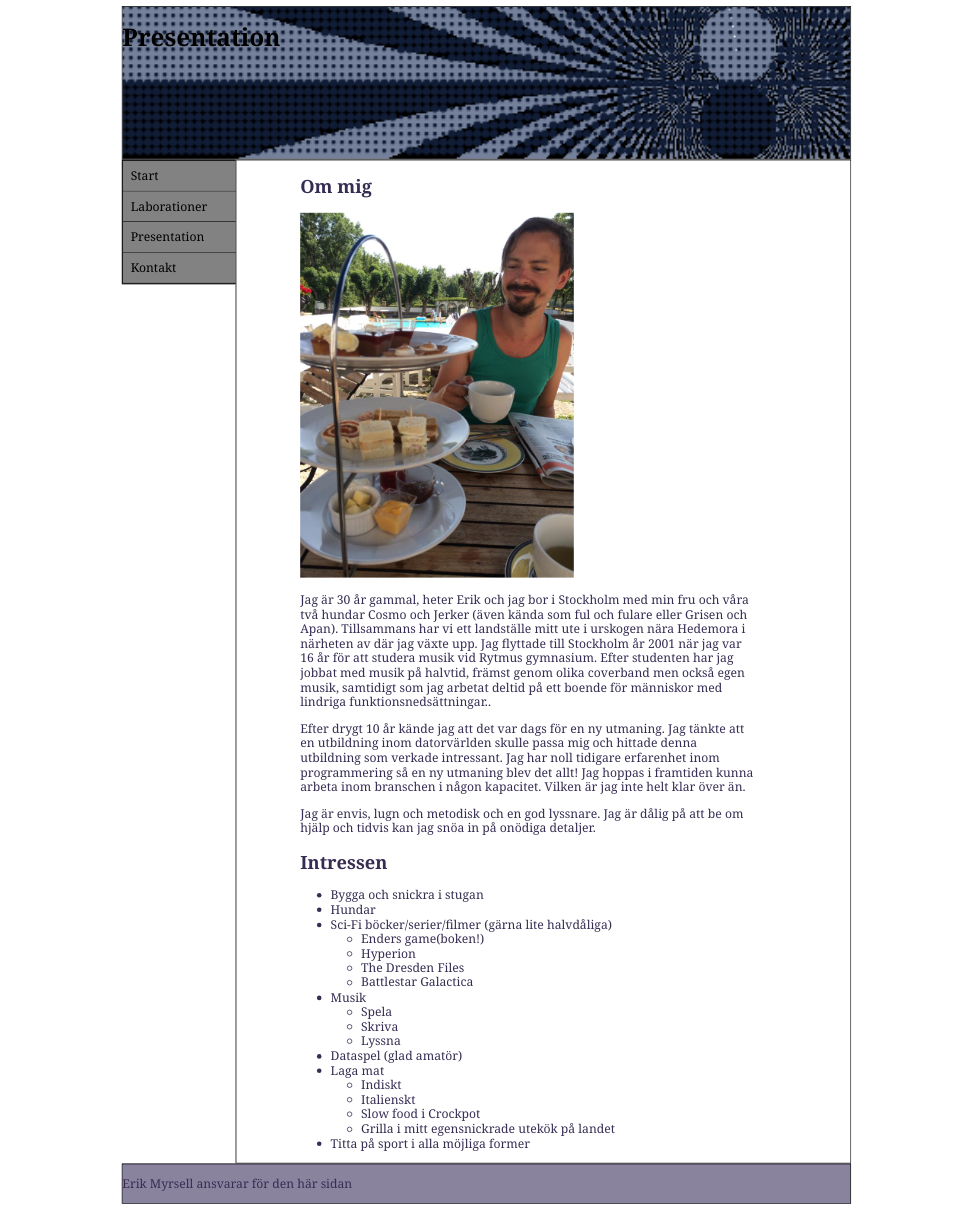
Repository: em222mt/1IK415_em222mt
Page: pages/presentation.html
The author's editor kept a record of every edit. The page is drawn from the files as they stood at one moment, then again after the next edit.
The browser window is 1280 px wide. The pictures show the whole page, at 76% of full size.

Above is the page before.

After the next edit:
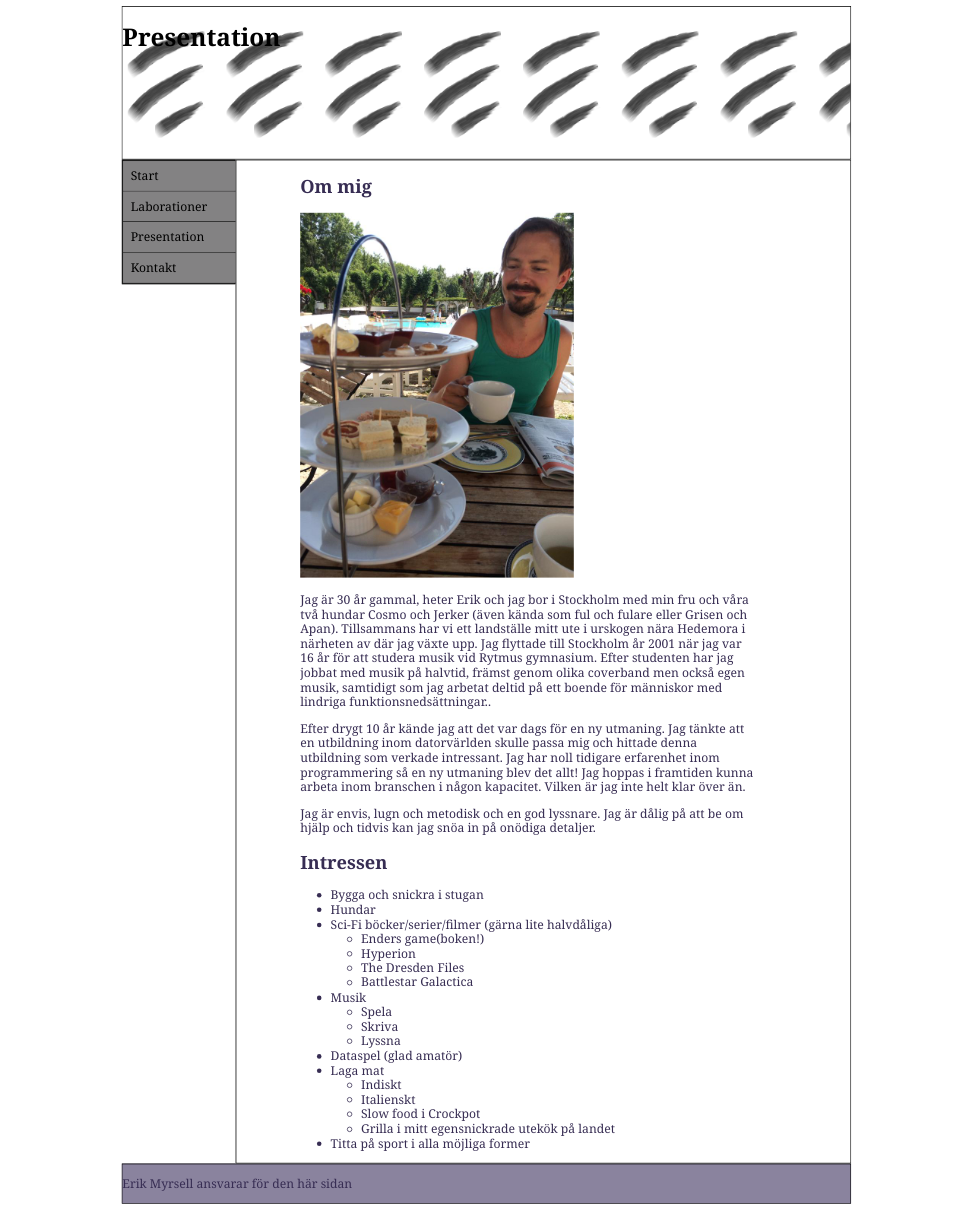
The edit:
--- a/css/basic.css
+++ b/css/basic.css
@@ -29,9 +29,9 @@
     border-style: solid;
     border-width: 1px;
     width: 958px;
-    background-color: #8A839E;
-    background-image: url(../pics/Logo3.png);
-    background-size: cover;
+    background-color: #D1D1D1;
+    background-image: url(../pics/Logo4.png);
+    background-position: left;
     height: 200px;
 }
 
